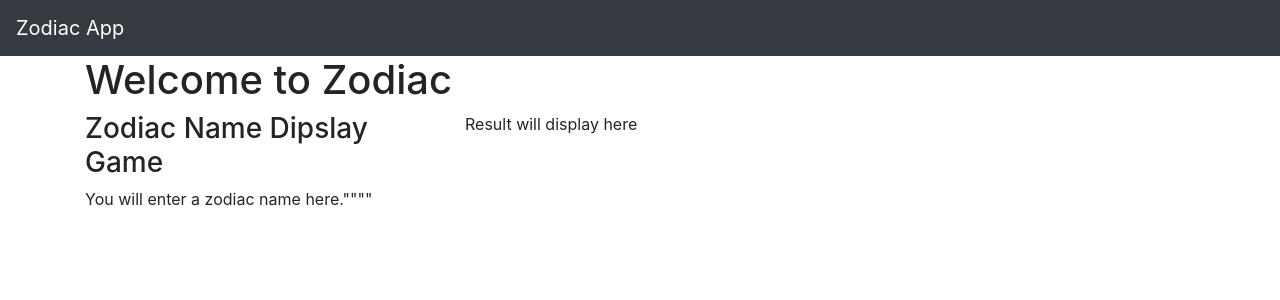
Repository: robertkameni/Zodiac-App
Page: client/index.html
The author's editor kept a copy of each file at every save. The page is drawn from the files as they stood at one save, then again after a run of saves.
The browser window is 1280 px wide. The pictures show the whole page.

Above is the page before, as saved 2019-06-16 15:48:48.

### client/index.html
<!DOCTYPE html>
<html lang="en">

<head>
    <meta charset="UTF-8">
    <meta name="viewport" content="width=device-width, initial-scale=1.0">
    <meta http-equiv="X-UA-Compatible" content="ie=edge">
    <link rel="stylesheet" href="./css/style.css">
    <link rel="stylesheet" href="https://stackpath.bootstrapcdn.com/bootstrap/4.3.1/css/bootstrap.min.css"
        integrity="sha384-ggOyR0iXCbMQv3Xipma34MD+dH/1fQ784/j6cY/iJTQUOhcWr7x9JvoRxT2MZw1T" crossorigin="anonymous">

    <title>Your Dailly Horoscope</title>
</head>

<body>
    <nav class="navbar navbar-expand-lg navbar-dark bg-dark">
        <a class="navbar-brand" href="/">Zodiac App</a>
    </nav>

    <div class="container">
        <h1>Welcome to Zodiac</h1>
        <div class="row">
            <div class="col-md-4">
                <h3>Zodiac Name Dipslay Game</h3>
                <p>You will enter a zodiac name here.""""</p>
            </div>
            <div class="col-md-4">
                <p>Result will display here</p>
            </div>
        </div>
    </div>





    <script src="https://code.jquery.com/jquery-3.3.1.slim.min.js"
        integrity="sha384-q8i/X+965DzO0rT7abK41JStQIAqVgRVzpbzo5smXKp4YfRvH+8abtTE1Pi6jizo"
        crossorigin="anonymous"></script>
    <script src="https://cdnjs.cloudflare.com/ajax/libs/popper.js/1.14.7/umd/popper.min.js"
        integrity="sha384-UO2eT0CpHqdSJQ6hJty5KVphtPhzWj9WO1clHTMGa3JDZwrnQq4sF86dIHNDz0W1"
        crossorigin="anonymous"></script>
    <script src="https://stackpath.bootstrapcdn.com/bootstrap/4.3.1/js/bootstrap.min.js"
        integrity="sha384-JjSmVgyd0p3pXB1rRibZUAYoIIy6OrQ6VrjIEaFf/nJGzIxFDsf4x0xIM+B07jRM"
        crossorigin="anonymous"></script>
    <script src="./js/main.js"></script>
</body>

</html>

Loaded but not shown: client/css/style.css (common file); client/js/main.js (no stored copy; drawn as an empty file)

After the next 2 saves:
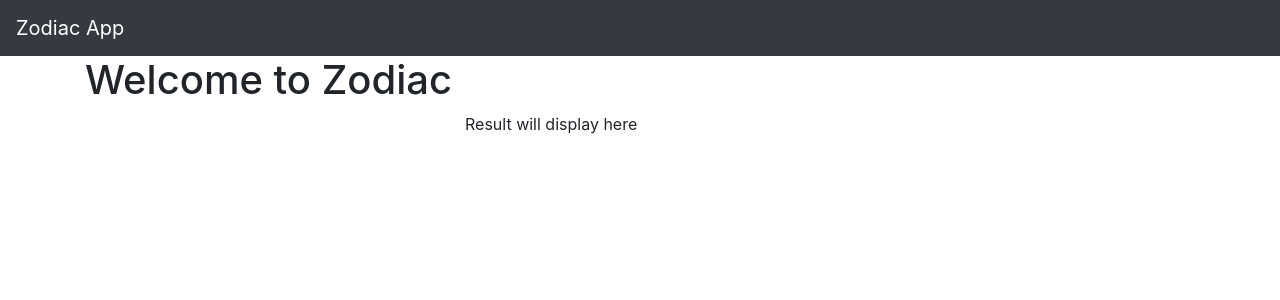
The 2 saves are shown as one change because they came seconds apart.
The last was saved 42 s later.
--- a/client/index.html
+++ b/client/index.html
@@ -21,8 +21,7 @@
         <h1>Welcome to Zodiac</h1>
         <div class="row">
             <div class="col-md-4">
-                <h3>Zodiac Name Dipslay Game</h3>
-                <p>You will enter a zodiac name here.""""</p>
+               <img src="" alt="">
             </div>
             <div class="col-md-4">
                 <p>Result will display here</p>
